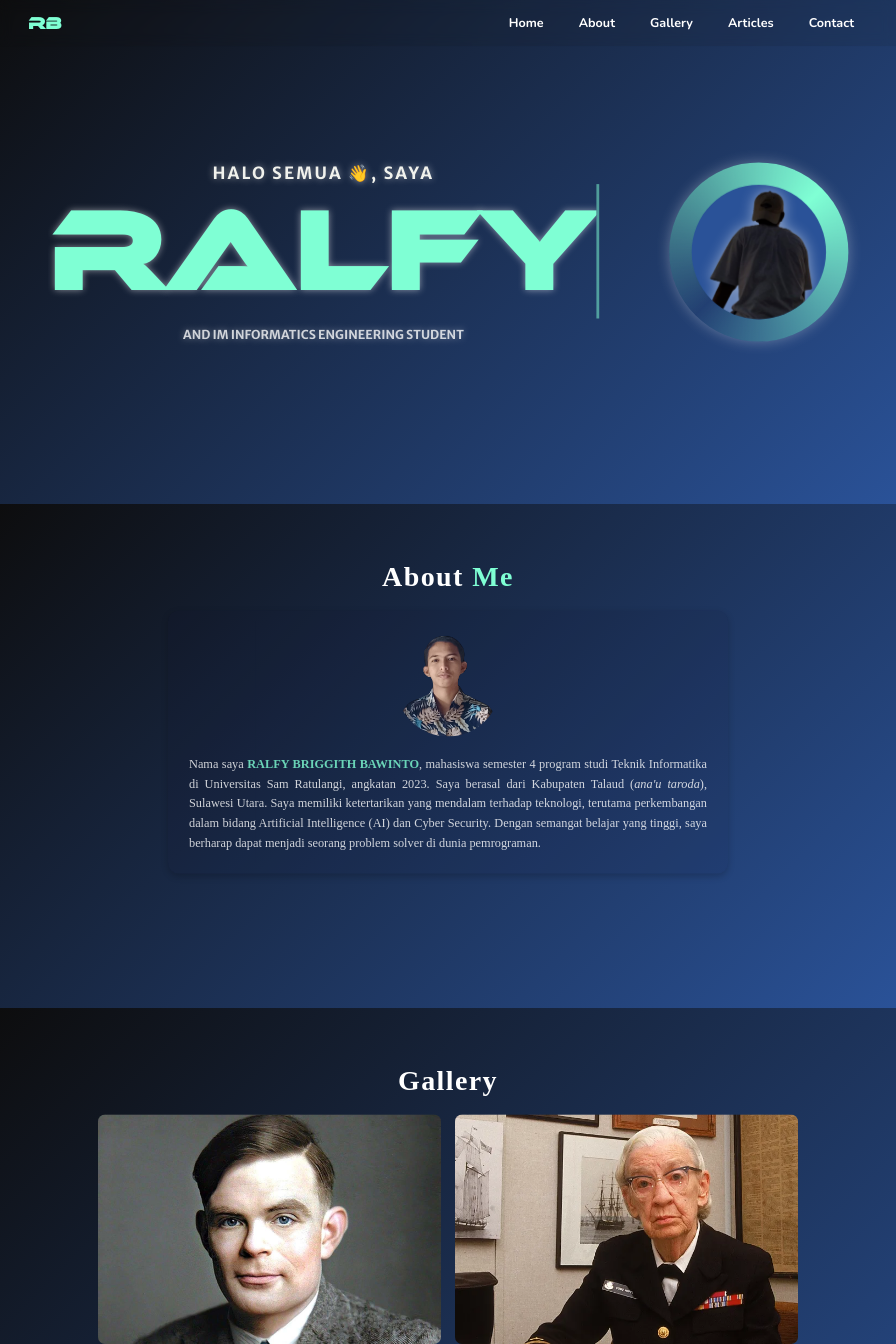
Repository: RalfyBawinto/TIK2032-Project
Page: index.html
The author's editor kept a copy of each file at every save. The page is drawn from the files as they stood at one save, then again after the next save.
The browser window is 1280 px wide. The pictures show the part of the page from y = 0 to 1920 px (the page is 4074 px tall before and 9131 px after), at 70% of full size.
A picture or video elsewhere on the page could not be fetched, so the positions and the page height are approximate. Some web fonts or font styles are not loaded; a fallback is used.

Above is the page before, as saved 2025-03-17 02:42:32.

After the next save:
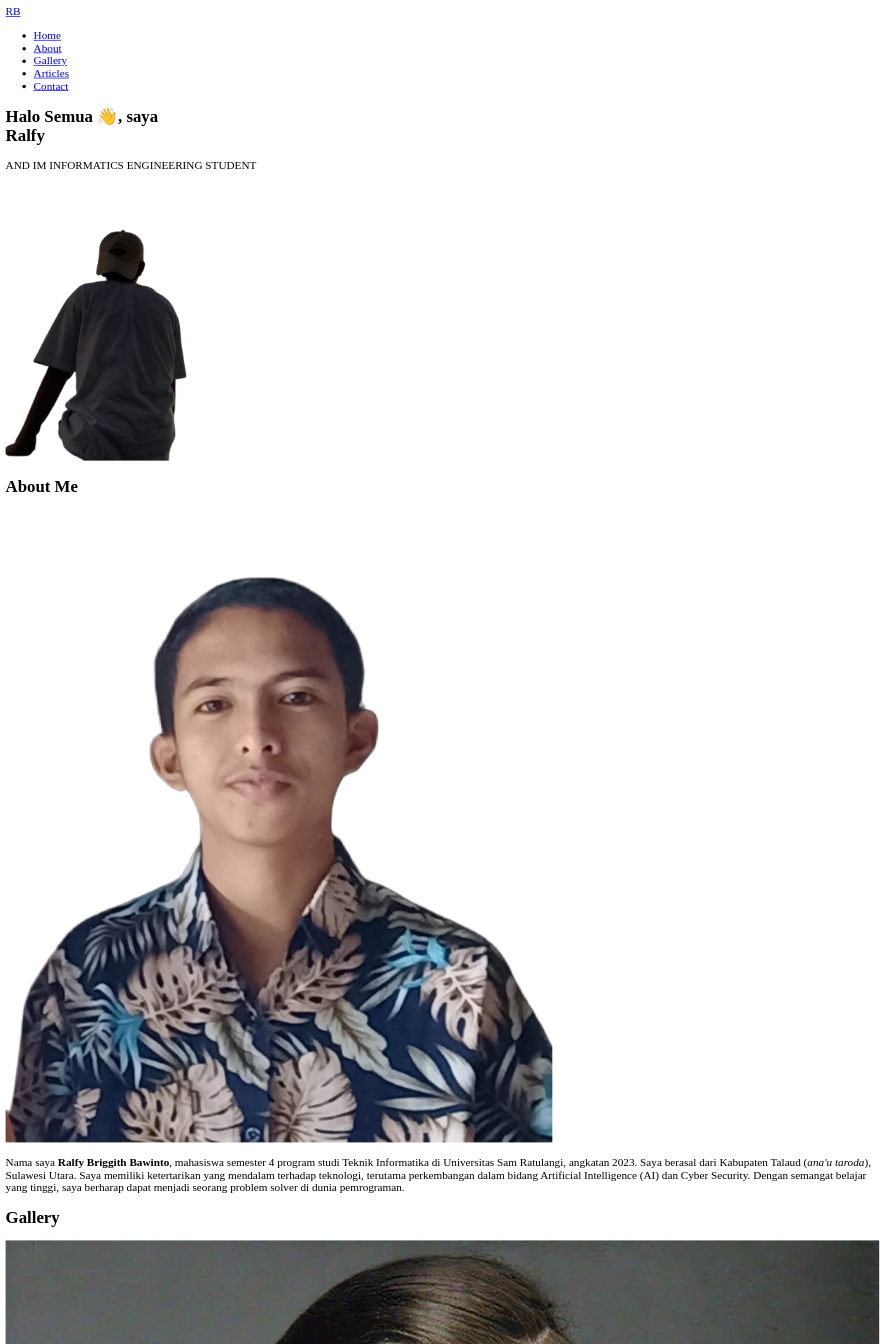
Saved 45 h 59 min later.
--- a/index.html
+++ b/index.html
@@ -13,8 +13,8 @@
     <!-- end my icon -->
 
     <!-- import css -->
-    <link rel="stylesheet" href="assets/css/main.css" />
-    <link rel="stylesheet" href="assets/css/responsive.css" />
+    <!-- <link rel="stylesheet" href="assets/css/main.css" />
+    <link rel="stylesheet" href="assets/css/responsive.css" /> -->
     <!-- end css -->
   </head>
   <body>
